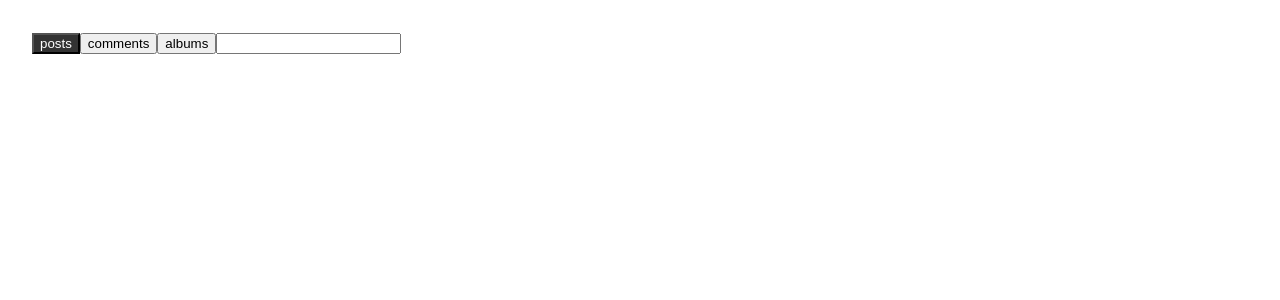
Repository: DungBuiTuan/IGClone
Page: /
The author's editor kept a copy of each file at every save. The page is drawn from the files as they stood at one save, then again after the next save.
The browser window is 1280 px wide. The pictures show the whole page.
The page's requests for data from a server got no answer. The project was rebuilt for these pictures with package versions that can differ from the ones it lists, and the page was loaded fresh each time. No one was signed in, and anything a server would have sent is missing. Also part of the build but not shown: src/App.css.

Above is the page before, as saved 2023-04-13 22:15:14.

After the next save:
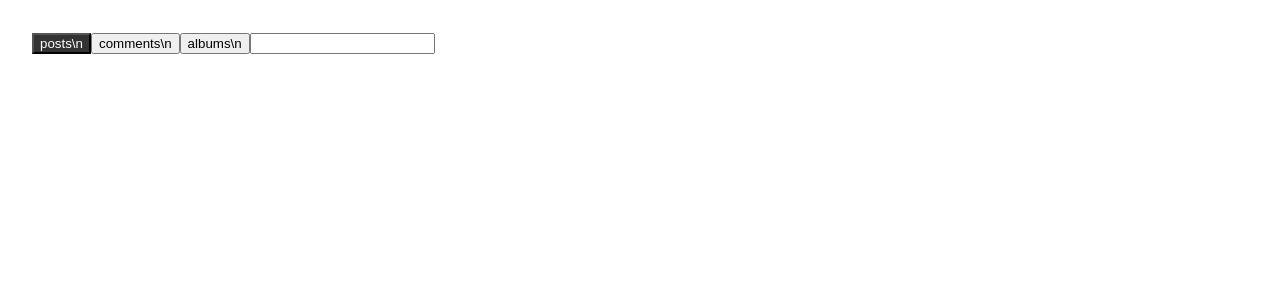
Saved 118 s later.
--- a/src/App.js
+++ b/src/App.js
@@ -33,11 +33,10 @@
         }:{}}
         onClick={() => setType(tab)}
         key={tab}>
-        {tab}
+        {tab}\n
         </button>
       ))}
       <input value={title} onChange={e => setTitle(e.target.value)} />
-      <br></br>
       <ul>
         {post.map(posts => (
           <li key={posts.id}>{posts.title||posts.name}</li>

After the save that followed:
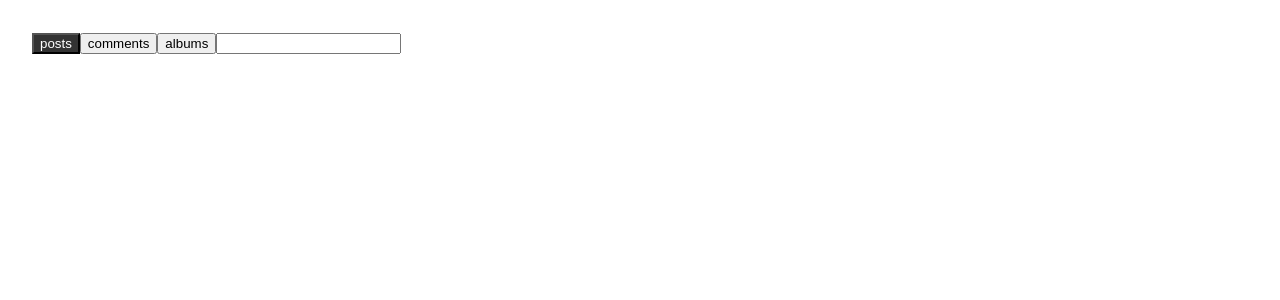
Saved 12 s later.
--- a/src/App.js
+++ b/src/App.js
@@ -33,7 +33,7 @@
         }:{}}
         onClick={() => setType(tab)}
         key={tab}>
-        {tab}\n
+        {tab}
         </button>
       ))}
       <input value={title} onChange={e => setTitle(e.target.value)} />
